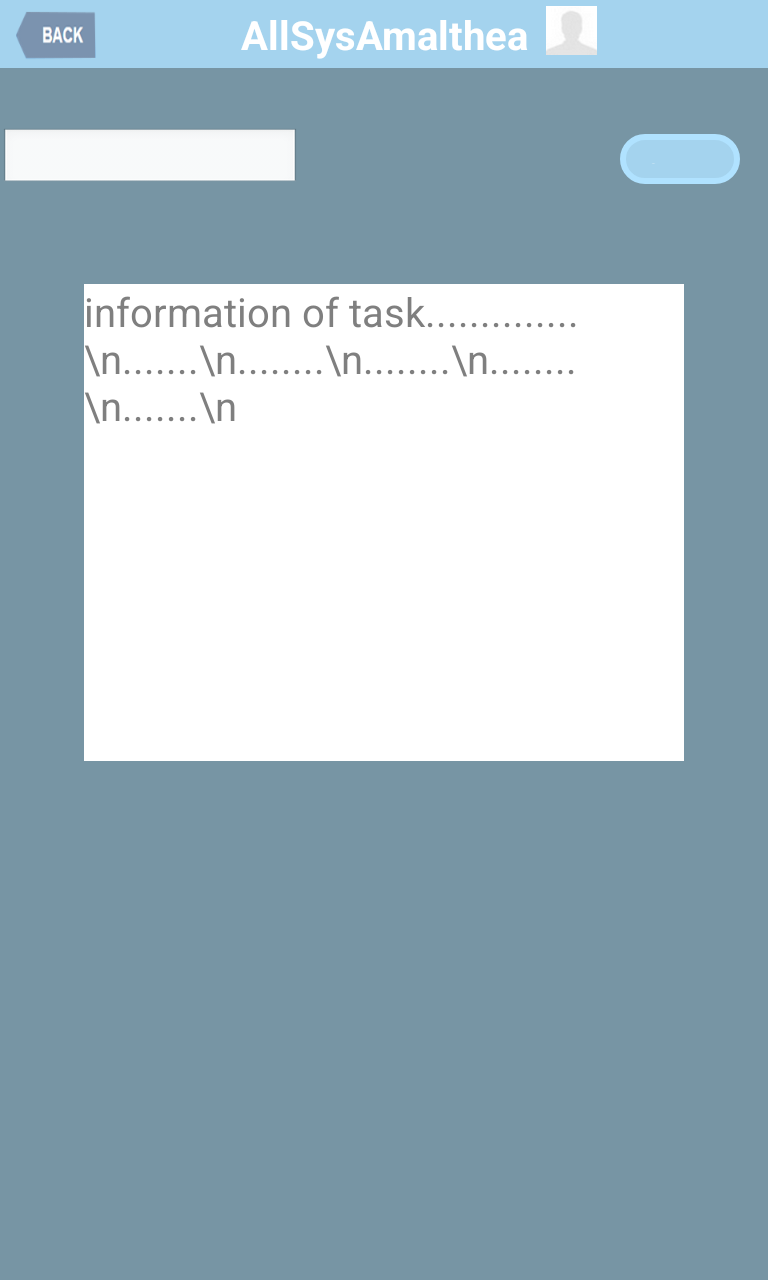
Repository: AllSysAmalthea/AllSys
Layout: APP/AppUI code/代码/Allsys/res/layout/activity_search.xml
An editor plug-in stored every save of this project. The layout is shown before and after the next save, followed by the edit.
It is drawn on a 768 x 1280 px phone screen (xhdpi) without system bars, with theme android:Theme.NoTitleBar; the app's code is not run.

Above is the layout before, as saved 2015-06-08 02:43:23.

After the next save:
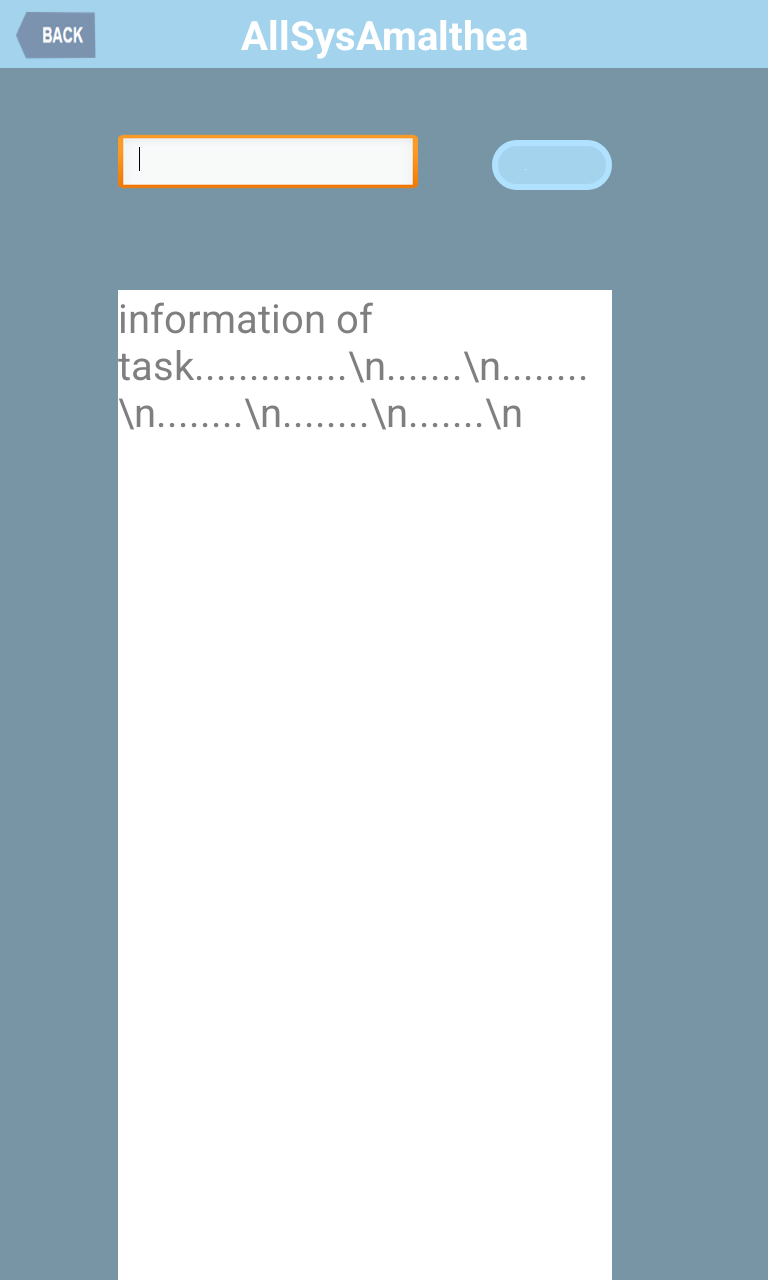
Saved 92 s later.
--- a/APP/AppUI code/代码/Allsys/res/layout/activity_search.xml
+++ b/APP/AppUI code/代码/Allsys/res/layout/activity_search.xml
@@ -28,51 +28,30 @@
             android:textStyle="bold" />
 
         <ImageButton
-            android:id="@+id/user"
-            android:layout_width="100px"
-            android:layout_height="100px"
-            android:layout_x="260dp"
-            android:layout_y="-10dp"
-            android:background="@drawable/user" />
-
-        <ImageButton
             android:id="@+id/exit"
             android:layout_width="80px"
             android:layout_height="80px"
             android:layout_x="8dp"
             android:layout_y="-4dp"
             android:background="@drawable/pic2" />
+
+        <ImageButton
+            android:id="@+id/user"
+            android:layout_width="100px"
+            android:layout_height="100px"
+            android:layout_x="492dp"
+            android:layout_y="-11dp"
+            android:background="@drawable/user" />
+
     </AbsoluteLayout>
-
-    <Button
-        android:id="@+id/Search"
-        android:layout_width="120px"
-        android:layout_height="50px"
-        android:layout_alignBaseline="@+id/searchContent"
-        android:layout_alignBottom="@+id/searchContent"
-        android:layout_alignParentRight="true"
-        android:layout_marginRight="14dp"
-        android:background="@drawable/shape3"
-        android:text="Search"
-        android:textColor="#ffffff"
-        android:textSize="14sp" />
-
-    <EditText
-        android:id="@+id/searchContent"
-        android:layout_width="300px"
-        android:layout_height="60px"
-        android:layout_alignParentLeft="true"
-        android:layout_below="@+id/linearLayout1"
-        android:layout_marginTop="24dp"
-        android:ems="10"
-        android:textSize="20sp" />
 
     <TextView
         android:id="@+id/searchresult"
         android:layout_width="300dp"
-        android:layout_height="wrap_content"
+        android:layout_height="600dp"
+        android:layout_alignLeft="@+id/searchContent"
+        android:layout_alignRight="@+id/Search"
         android:layout_below="@+id/searchContent"
-        android:layout_centerHorizontal="true"
         android:layout_marginTop="48dp"
         android:background="#ffffff"
         android:lineSpacingMultiplier="1.0"
@@ -81,4 +60,31 @@
         android:textColor="#7f7f7f"
         android:textSize="20sp" />
 
+    <EditText
+        android:id="@+id/searchContent"
+        android:layout_width="300px"
+        android:layout_height="60px"
+        android:layout_alignParentLeft="true"
+        android:layout_below="@+id/linearLayout1"
+        android:layout_marginLeft="59dp"
+        android:layout_marginTop="28dp"
+        android:ems="10"
+        android:textSize="20sp" >
+
+        <requestFocus />
+    </EditText>
+
+    <Button
+        android:id="@+id/Search"
+        android:layout_width="120px"
+        android:layout_height="50px"
+        android:layout_alignBaseline="@+id/searchContent"
+        android:layout_alignBottom="@+id/searchContent"
+        android:layout_marginLeft="37dp"
+        android:layout_toRightOf="@+id/searchContent"
+        android:background="@drawable/shape3"
+        android:text="Search"
+        android:textColor="#ffffff"
+        android:textSize="14sp" />
+
 </RelativeLayout>
